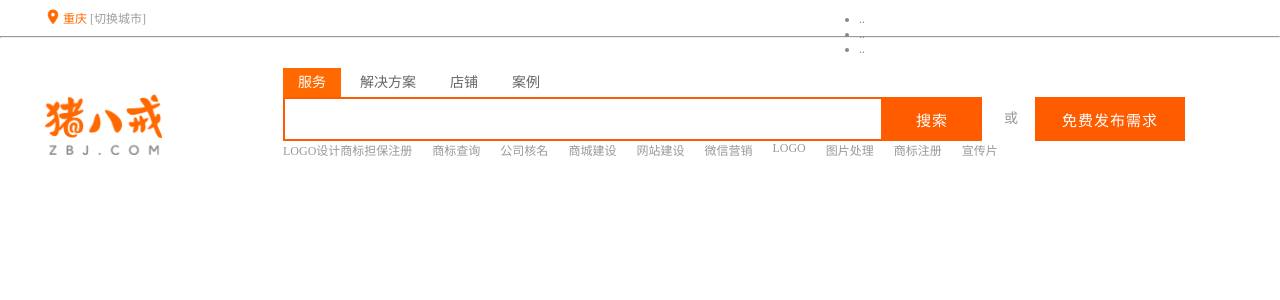
Repository: 13982720426/zbj
Page: HTML/index.html
The author's editor kept a copy of each file at every save. The page is drawn from the files as they stood at one save, then again after the next save.
The browser window is 1280 px wide. The pictures show the whole page.

Above is the page before, as saved 2021-07-15 16:15:59.

After the next save:
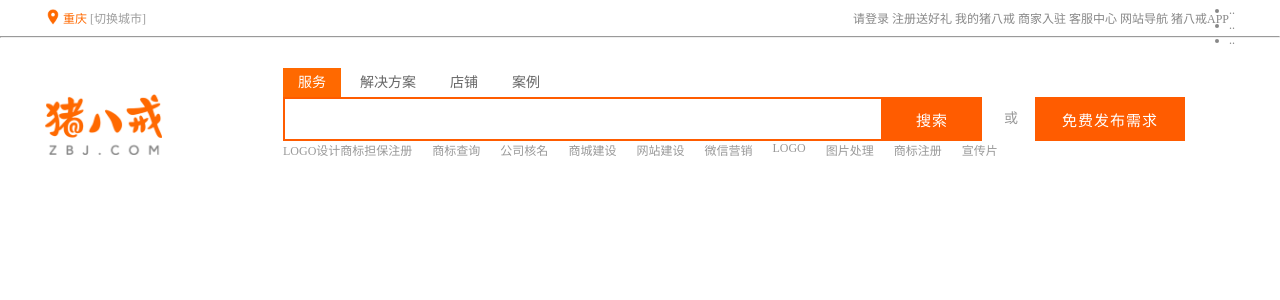
Saved 15 s later.
--- a/HTML/index.html
+++ b/HTML/index.html
@@ -24,15 +24,15 @@
         <span class="tr5">客服中心</span>
         <span class="tr6">网站导航</span>
         <span class="tr7">猪八戒APP</span>
-        <div id="menu">
-          <br />
+      </div>
+      <div id="menu">
+        <br />
 
-          <ul>
-            <li>..</li>
-            <li>..</li>
-            <li>..</li>
-          </ul>
-        </div>
+        <ul>
+          <li>..</li>
+          <li>..</li>
+          <li>..</li>
+        </ul>
       </div>
     </div>
     <hr />
